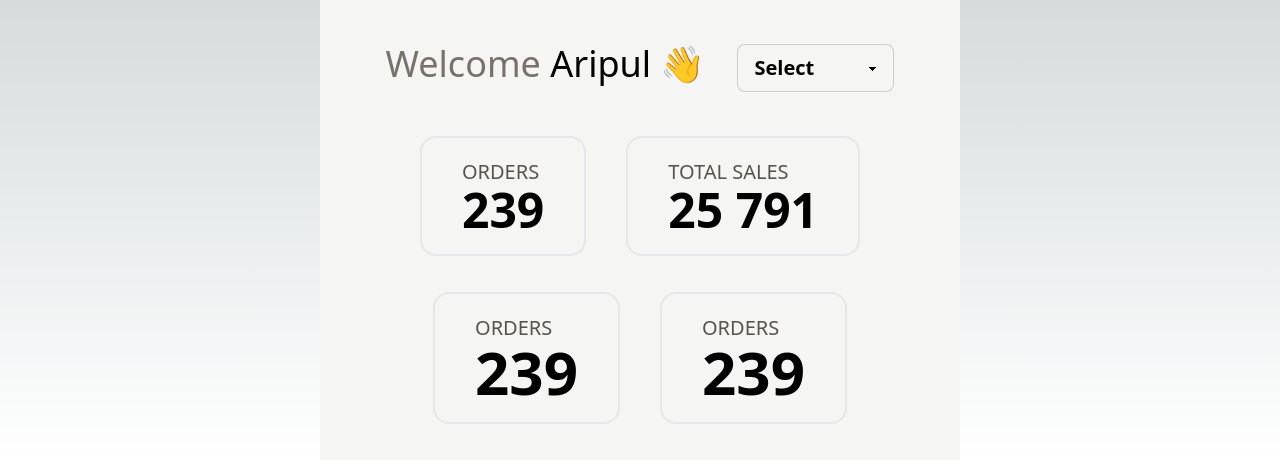
Repository: mehedi9465/nextapp
Page: /Dashboard
The author's editor kept a copy of each file at every save. The page is drawn from the files as they stood at one save, then again after the next save.
The browser window is 1280 px wide. The pictures show the whole page.
The project was rebuilt for these pictures with package versions that can differ from the ones it lists, and the page was loaded fresh each time. The framework's server and built-in components were replaced by stand-ins that run in the browser. Also part of the build but not shown: next.config.js, Components/Navbar.js.

Above is the page before, as saved 2023-03-04 15:46:12.

### pages/Dashboard/index.js
import Navbar from "@/Components/Navbar";
import Link from "next/link";
import React from "react";

const index = () => {
  return (
    <>
      {/* <Navbar></Navbar> */}

      <div className="max-w-screen-sm mx-auto bg-stone-100 text-black overflow-hidden">
        <div className="flex justify-center py-2 my-9">
          <p className="text-4xl mx-4">
            <span className="text-stone-500">Welcome</span> Aripul 👋
          </p>
          <select className="select select-bordered text-xl max-w-xs bg-stone-100 outline-0 mx-4">
            <option disabled selected>
              Select
            </option>
            <option>Today</option>
            <option>Yesterday</option>
          </select>
        </div>
        <div className="flex justify-center my-9">
          <div className="border-2 rounded-2xl justify-start mx-5 px-10 py-5">
            <p className="uppercase text-stone-600 font-normal text-xl">
              Orders
            </p>
            <p className="text-5xl font-bold">239</p>
          </div>
          <div className="border-2 rounded-2xl justify-start mx-5 px-10 py-5 text-left">
            <p className="uppercase text-stone-600 font-normal text-xl">
              Total Sales
            </p>
            <p className="text-5xl font-bold">25 791</p>
          </div>
        </div>
        <div className="flex justify-center my-9">
          <div className="border-2 rounded-2xl justify-start mx-5 px-10 py-5">
            <p className="uppercase text-stone-600 font-normal text-xl">
              Orders
            </p>
            <p className="text-6xl font-bold">239</p>
          </div>
          <div className="border-2 rounded-2xl justify-start mx-5 px-10 py-5 text-left">
            <p className="uppercase text-stone-600 font-normal text-xl">
              Orders
            </p>
            <p className="text-6xl font-bold">239</p>
          </div>
        </div>
      </div>
    </>
  );
};

export default index;

Loaded but not shown: pages/_app.js (common file); pages/_document.js (common file); styles/globals.css (common file); tailwind.config.js (common file)

After the next save:
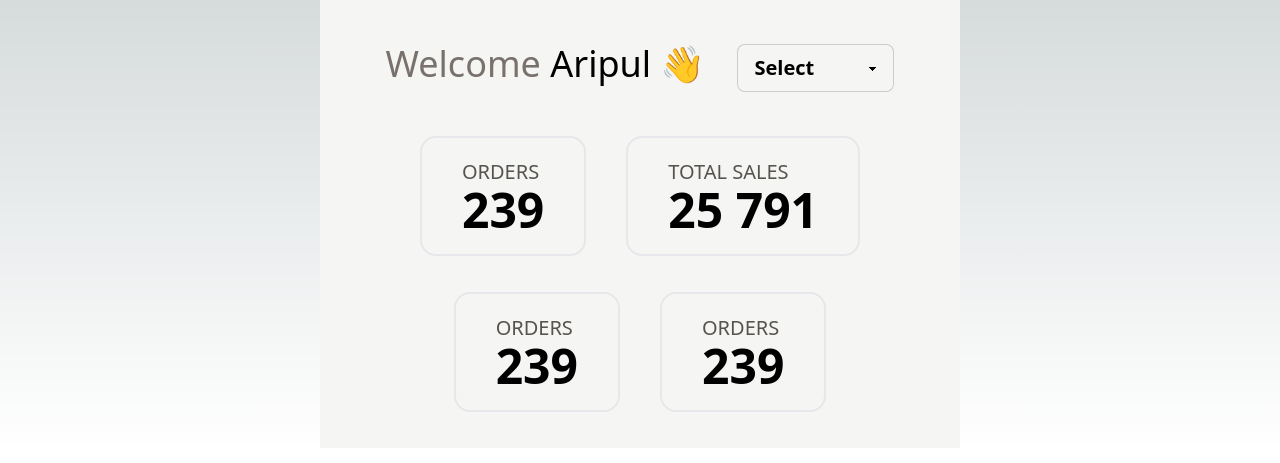
Saved 7 s later.
--- a/pages/Dashboard/index.js
+++ b/pages/Dashboard/index.js
@@ -39,13 +39,13 @@ const index = () => {
             <p className="uppercase text-stone-600 font-normal text-xl">
               Orders
             </p>
-            <p className="text-6xl font-bold">239</p>
+            <p className="text-5xl font-bold">239</p>
           </div>
           <div className="border-2 rounded-2xl justify-start mx-5 px-10 py-5 text-left">
             <p className="uppercase text-stone-600 font-normal text-xl">
               Orders
             </p>
-            <p className="text-6xl font-bold">239</p>
+            <p className="text-5xl font-bold">239</p>
           </div>
         </div>
       </div>
